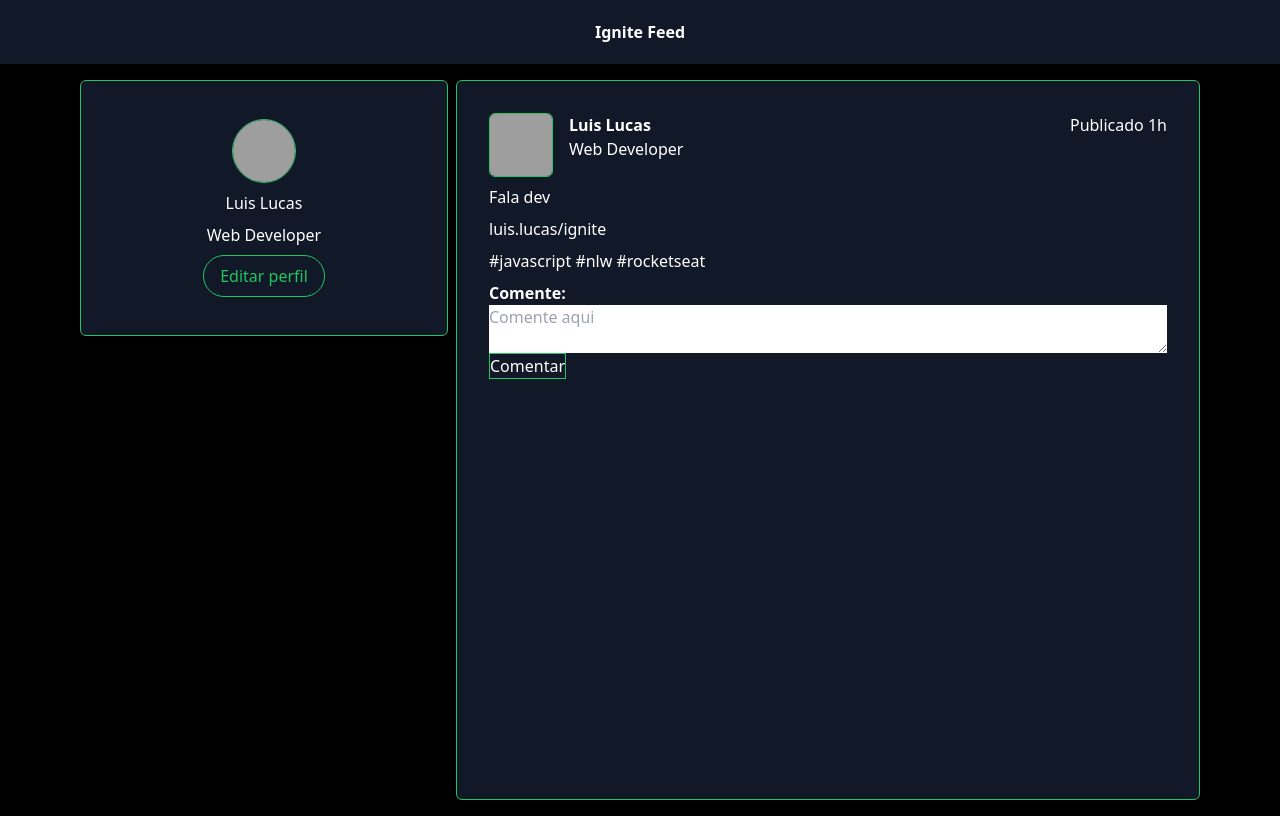
Repository: LuisSempre/ignite-feed
Page: /
The author's editor kept a copy of each file at every save. The page is drawn from the files as they stood at one save, then again after the next save.
The browser window is 1280 px wide. The pictures show the whole page.
Pictures or frames that could not be fetched are drawn as grey boxes. The project was rebuilt for these pictures with package versions that can differ from the ones it lists, and the page was loaded fresh each time. Also part of the build but not shown: vite.config.js.

Above is the page before, as saved 2022-07-13 23:26:04.

After the next save:
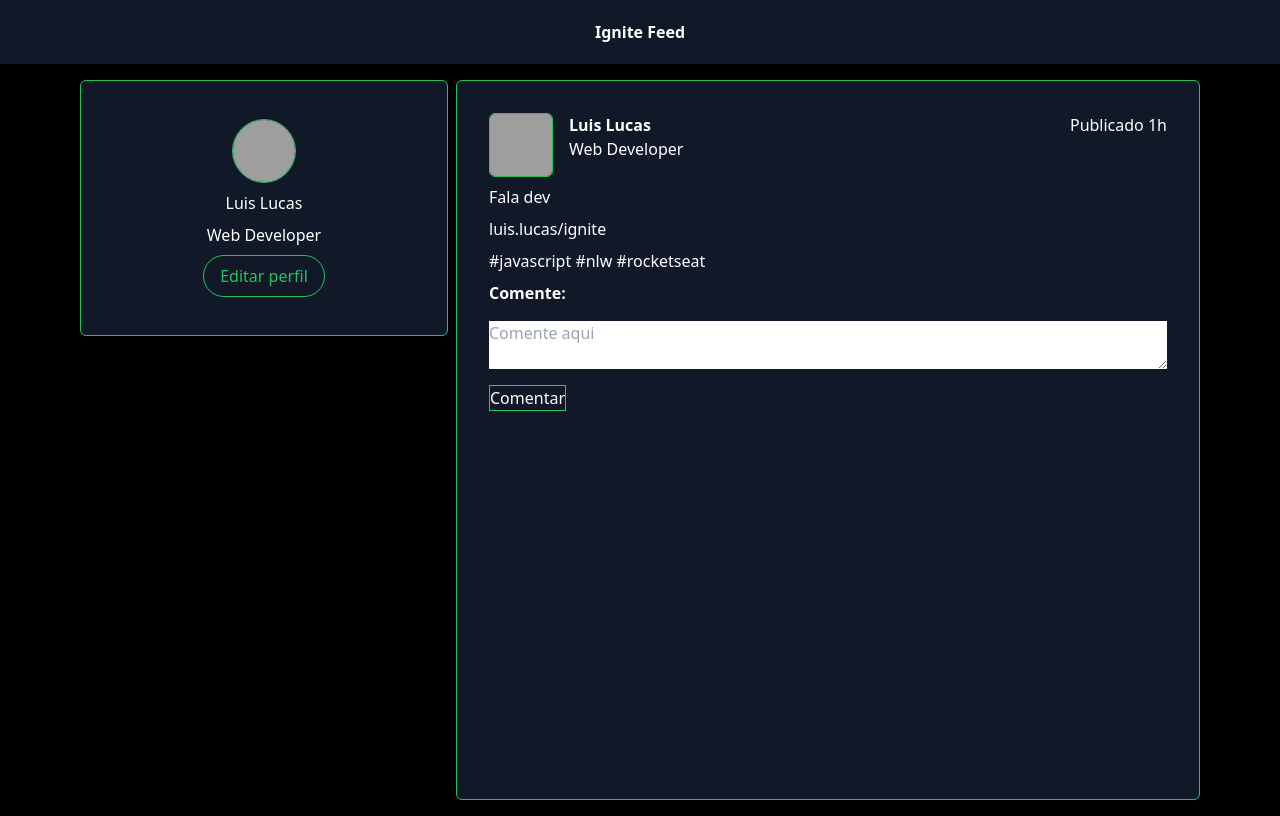
Saved 14 s later.
--- a/src/Components/Post.jsx
+++ b/src/Components/Post.jsx
@@ -23,7 +23,7 @@ export function Post() {
         <p>#javascript #nlw #rocketseat</p>
       </div>
 
-      <form className="flex flex-col justify-start items-start">
+      <form className="flex flex-col justify-start items-start space-y-4">
         <strong>Comente:</strong>
         <textarea className="w-full" placeholder="Comente aqui" />
         <button
